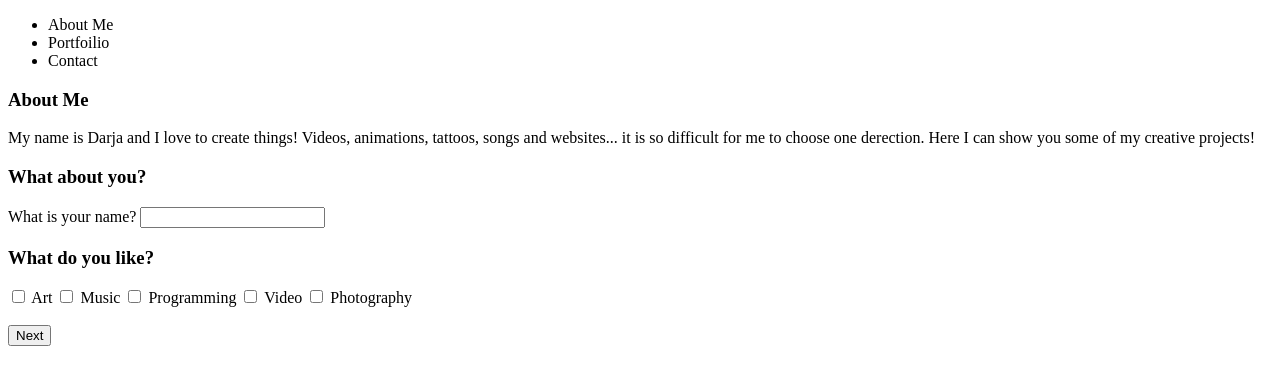
Repository: holyygreg/PortfolioProject
Page: code files/index.html
The author's editor kept a copy of each file at every save. The page is drawn from the files as they stood at one save, then again after a run of saves.
The browser window is 1280 px wide. The pictures show the whole page.

Above is the page before, as saved 2024-08-02 16:49:36.
Not found: code files/styles.css

After the next 3 saves:
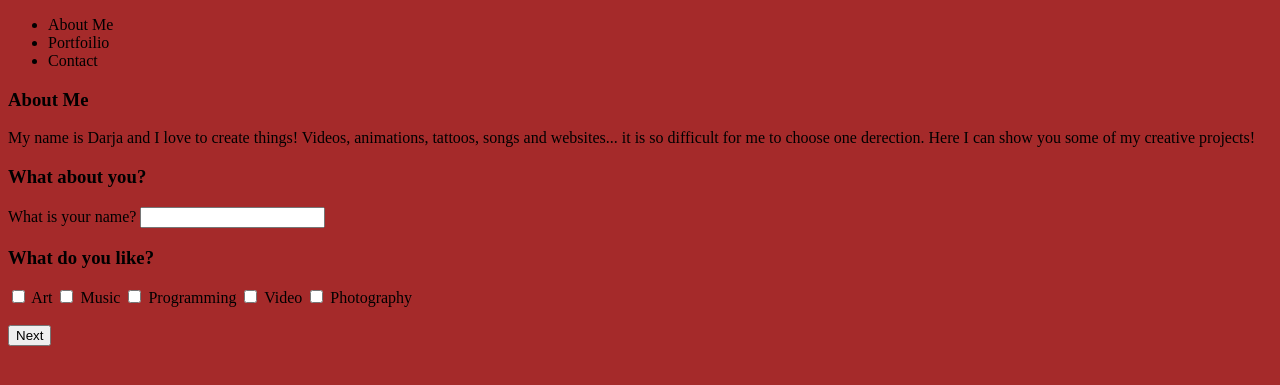
The 3 saves are shown as one change because they came seconds apart.
The last was saved 45 s later.
--- a/code files/index.html
+++ b/code files/index.html
@@ -4,7 +4,7 @@
     <meta charset="UTF-8">
     <meta name="viewport" content="width=device-width, initial-scale=1.0">
     <title>Document</title>
-    <link rel="stylesheet" href="styles.css">
+    <link rel="stylesheet" href="./style.css">
 </head>
 
 <body>
